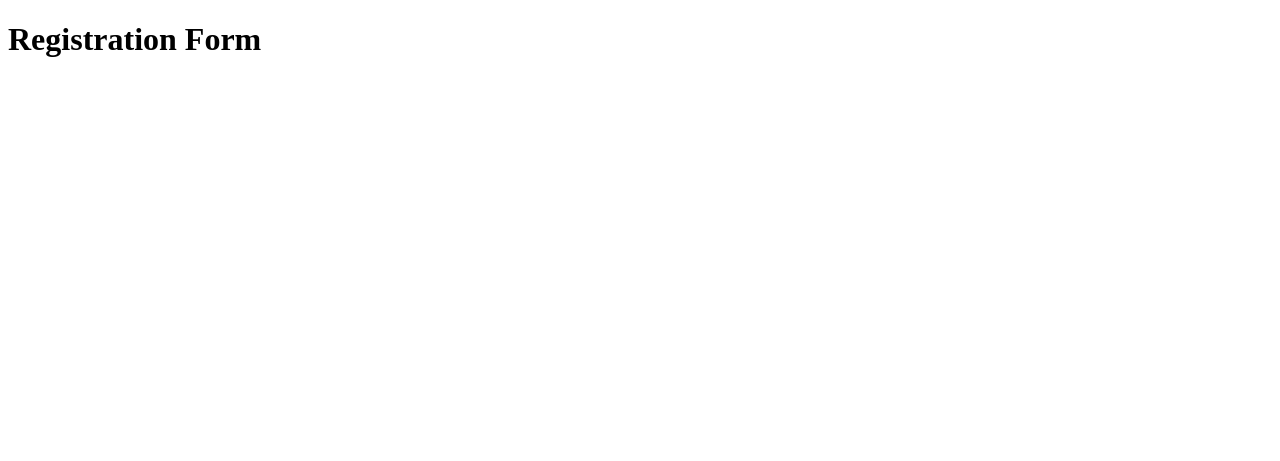
Repository: Chintan-elite/Java_Shail
Page: Learning_web/src/main/webapp/form.html
An editor plug-in stored every save of this project. The page is shown before and after the next save, followed by the edit.
The browser window is 1280 px wide. The pictures show the whole page.

Above is the page before, as saved 2023-09-11 11:56:41.

After the next save:
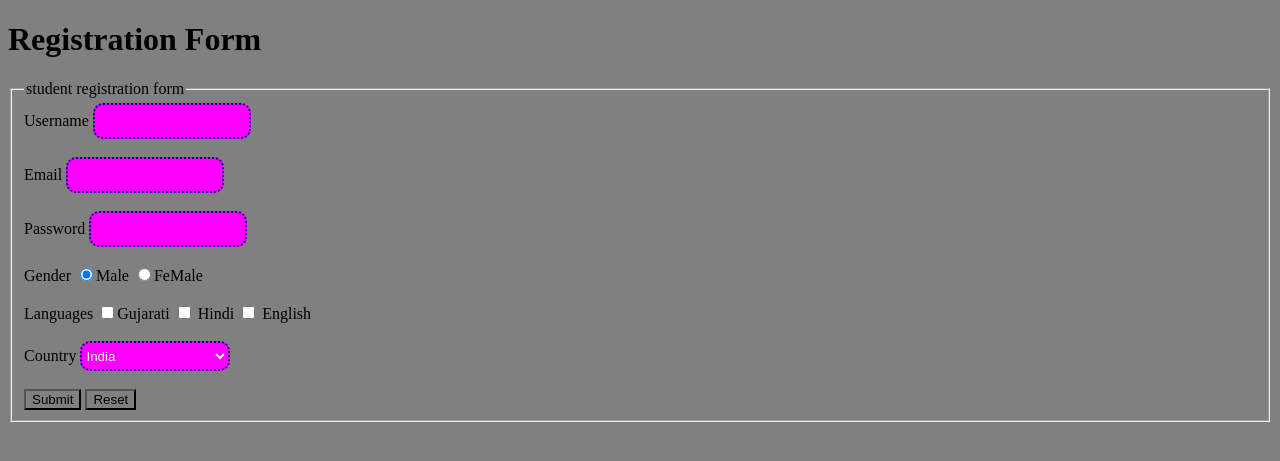
Saved 29 s later.
--- a/Learning_web/src/main/webapp/form.html
+++ b/Learning_web/src/main/webapp/form.html
@@ -3,15 +3,62 @@
 <head>
 <meta charset="ISO-8859-1">
 <title>Insert title here</title>
+<link href="style.css" type="text/css" rel="stylesheet" >
+<style type="text/css">
+
+	.tf
+	{
+		color: white;
+		background-color: fuchsia;
+		width: 150px;
+		height: 30px;
+		border-radius: 10px;
+		border: 2px dotted navy;
+	}
+
+	#uname{
+
+	}
+
+</style>
 </head>
 <body>
 
 	<h1>Registration Form</h1>
-			<form action="">
+			<form action="success.html" method="post">
 
+				<fieldset>
+				<legend>student registration form</legend>
+				<label>Username</label>
+				<input type="text" name="uname" class="tf" id="uname">  <br><br>
 
+				<label>Email</label>
+				<input type="text" name="email" class="tf">  <br><br>
 
+				<label>Password</label>
+				<input type="password" name="pass" class="tf">  <br><br>
 
+				<label>Gender</label>
+				<input type="radio" name="gender" checked="checked">Male
+				<input type="radio" name="gender">FeMale
+				 <br><br>
+
+				 <label>Languages</label>
+				<input type="checkbox">Gujarati
+				<input type="checkbox">	Hindi
+				<input type="checkbox">	English  <br><br>
+
+				<label>Country</label>
+				<select class="tf">
+				<option>India</option>
+				<option>USA</option>
+				<option>UK</option>
+				<option>Canada</option>
+				</select>
+					<br><br>
+				<input type="submit">
+				<input type="reset">
+			</fieldset>
 			</form>
 
 
